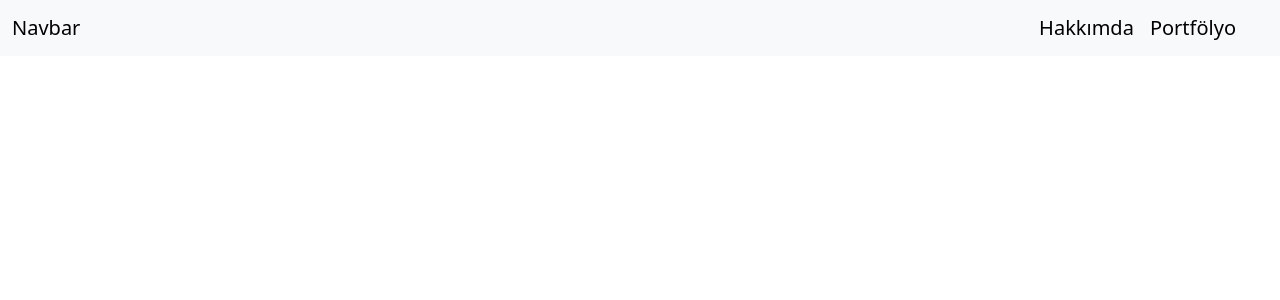
Repository: adnanyagmur/react-bootstrap-example
Page: /
These files come from the project's save history. The page is drawn as it stood at one moment and after the next save; the edit follows.
The browser window is 1280 px wide. The pictures show the whole page.
The project was rebuilt for these pictures with package versions that can differ from the ones it lists, and the page was loaded fresh each time.

Above is the page before, as saved 2022-06-28 17:25:25.

### src/index.js
import React from 'react';
import ReactDOM from 'react-dom/client';
import '../node_modules/bootstrap/dist/css/bootstrap.min.css';
import App from './App';


const root = ReactDOM.createRoot(document.getElementById('root'));
root.render(
  <React.StrictMode>
  <App />
  </React.StrictMode>
);

### src/App.js
import  Appbar  from "./appComponents/Appbar.jsx";

function App() {

 return (
 <div>
<Appbar></Appbar>
  </div>
  );
}

export default App;

### src/appComponents/Appbar.jsx

const Appbar =()=>{

    return(
        <>
  <nav class="navbar bg-light">
  <div class="container-fluid">
    <a class="navbar-brand">Navbar</a>
    <form class="d-flex" role="search">
    <a class="navbar-brand">Hakkımda</a>
    <a class="navbar-brand">Portfölyo</a>
    <a class="navbar-brand"></a>

    </form>
  </div>
</nav>

</>
    )
}

export default Appbar;

Loaded but not shown: public/index.html (common file)

After the next save:
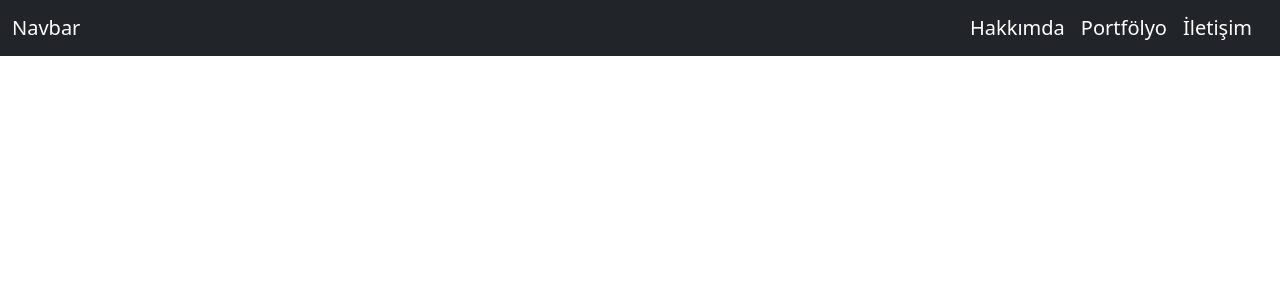
Saved 5 s later.
--- a/src/appComponents/Appbar.jsx
+++ b/src/appComponents/Appbar.jsx
@@ -3,13 +3,13 @@ const Appbar =()=>{
 
     return(
         <>
-  <nav class="navbar bg-light">
+  <nav class="navbar navbar-dark bg-dark">
   <div class="container-fluid">
     <a class="navbar-brand">Navbar</a>
     <form class="d-flex" role="search">
     <a class="navbar-brand">Hakkımda</a>
     <a class="navbar-brand">Portfölyo</a>
-    <a class="navbar-brand"></a>
+    <a class="navbar-brand">İletişim</a>
 
     </form>
   </div>
